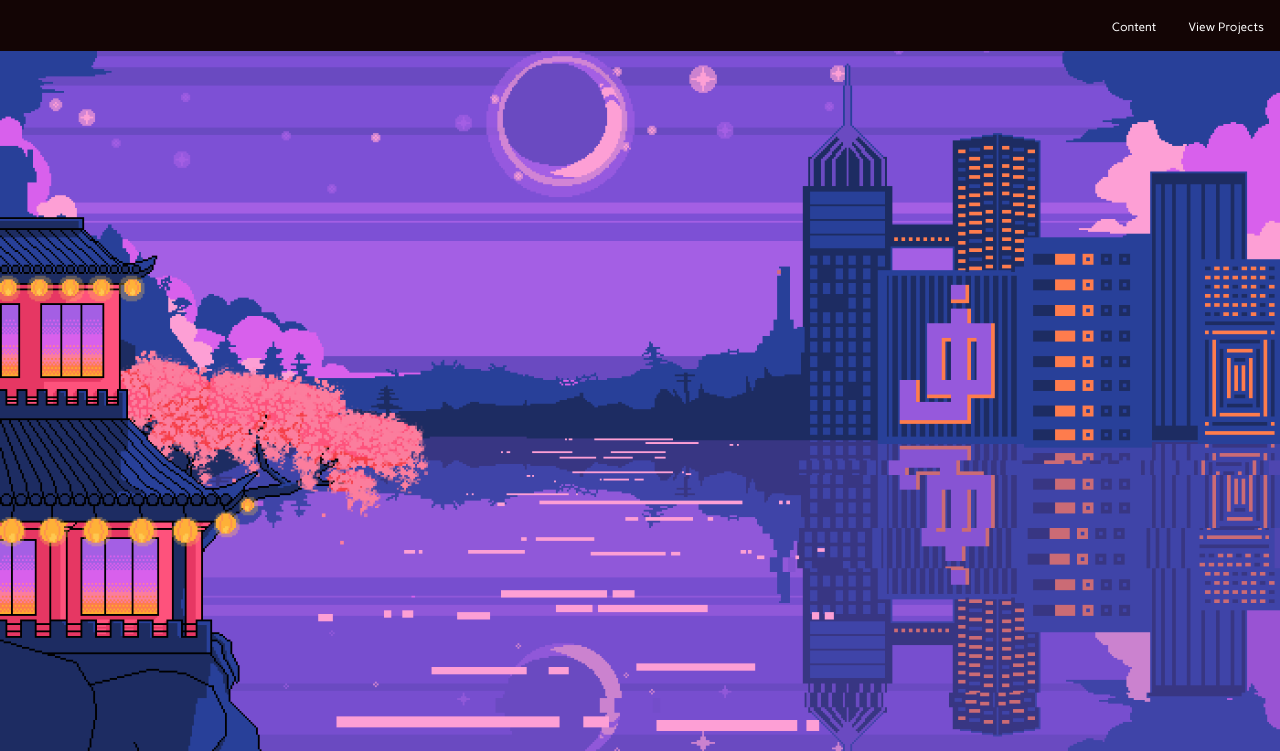
Repository: Rameen-A/Rameen-A
Page: index.html
The author's editor kept a copy of each file at every save. The page is drawn from the files as they stood at one save, then again after the next save.
The browser window is 1280 px wide. The pictures show the part of the page from y = 0 to 751 px (the page is 2211 px tall before and 2232 px after).
A picture or video elsewhere on the page could not be fetched, so the positions and the page height are approximate.

Above is the page before, as saved 2026-05-04 17:51:31.

After the next save:
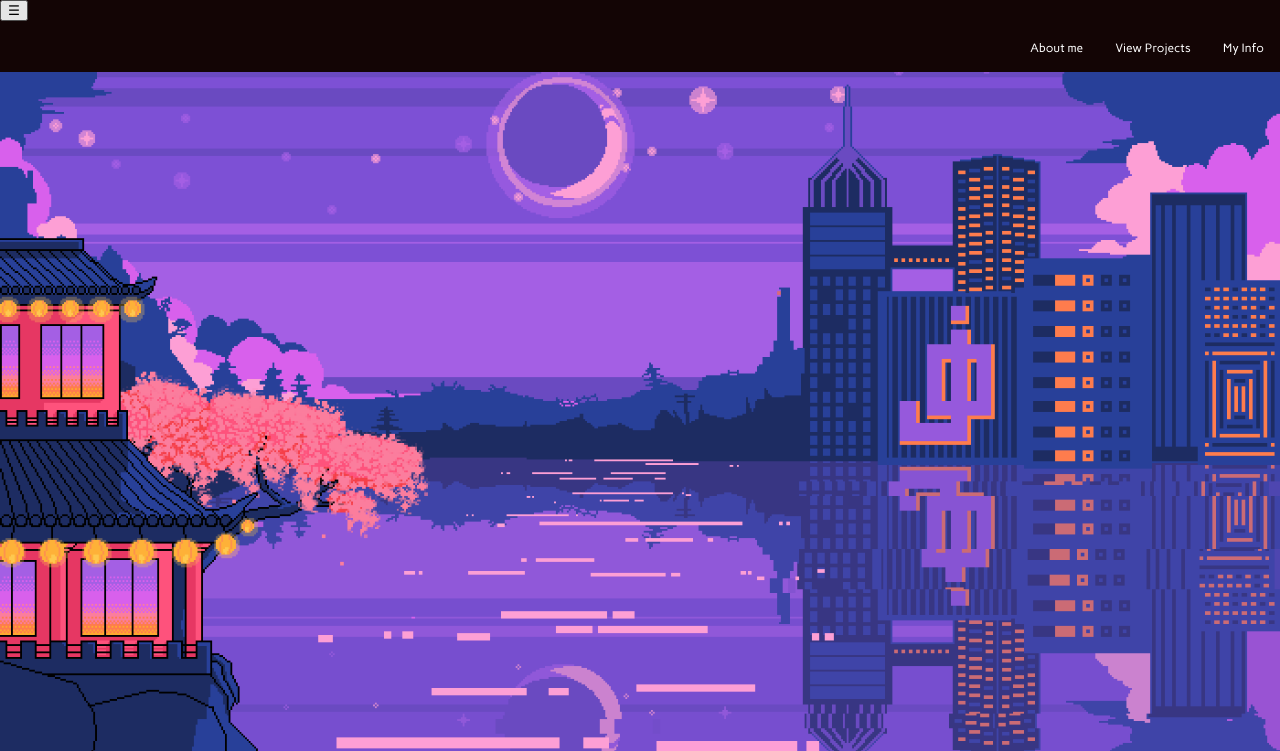
Saved 4 min 28 s later.
--- a/index.html
+++ b/index.html
@@ -8,10 +8,13 @@
     <link rel="stylesheet" href="styles/index.css" />
   </head>
   <body>
-    <nav>
-      <ul>
-        <li><a href="#">Content</a></li>
+    <nav class="sidebar">
+        <button class="menu-toggle" aria-label="Open Menu">☰</button>
+      <ul class ="menu">
+        <li><a href="#about">About me</a></li>
         <li><a href="#projects">View Projects</a></li>
+        <li><a href="#contact">My Info </a></li>
+
       </ul>
     </nav>
     <!-- Hero Section -->
